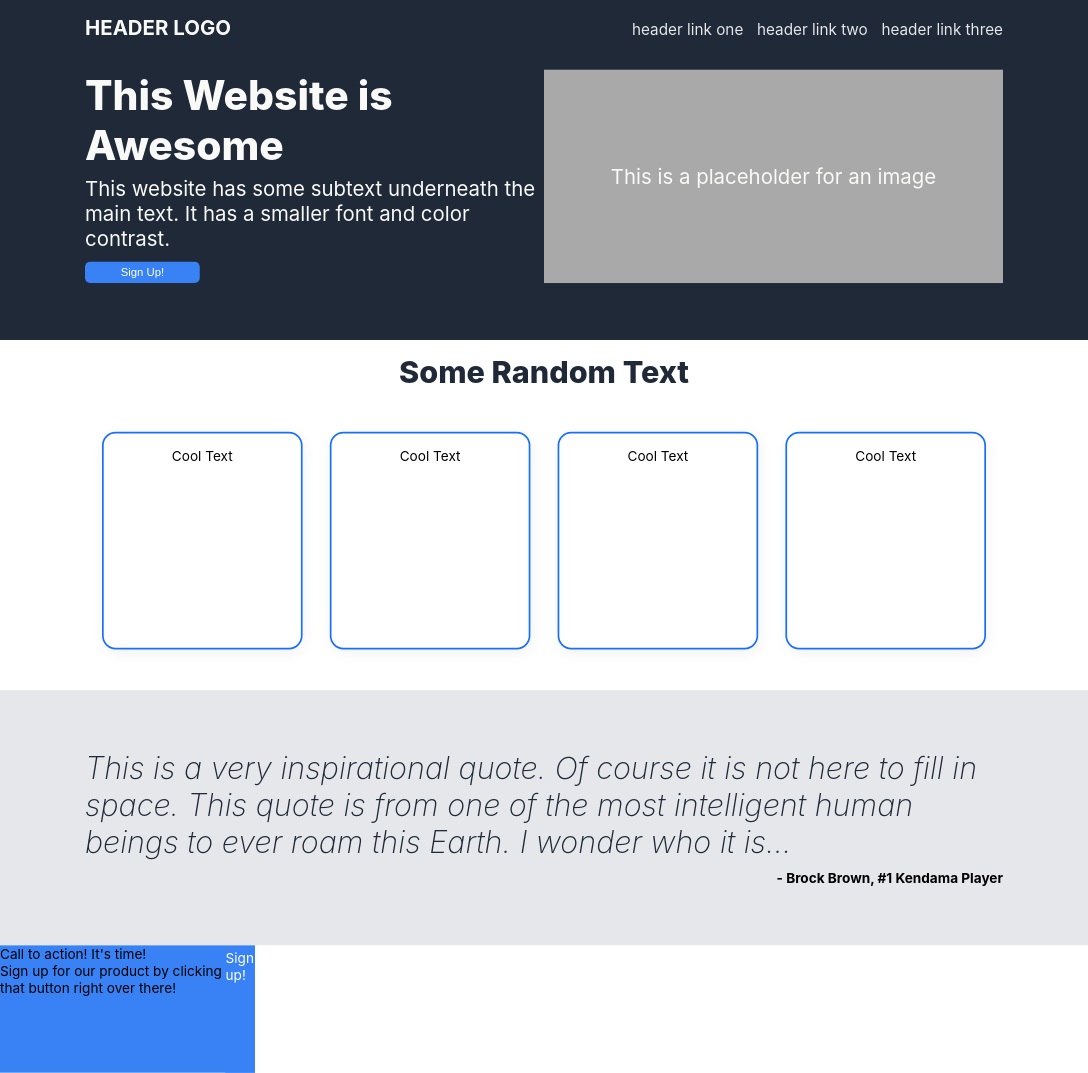
Repository: bbrockbrown/landing-page
Page: index.html
These files come from the project's save history. The page is drawn as it stood at one moment and after the next save; the edit follows.
The browser window is 1280 px wide. The pictures show the whole page, at 85% of full size.

Above is the page before, as saved 2024-07-24 16:09:23.

After the next save:
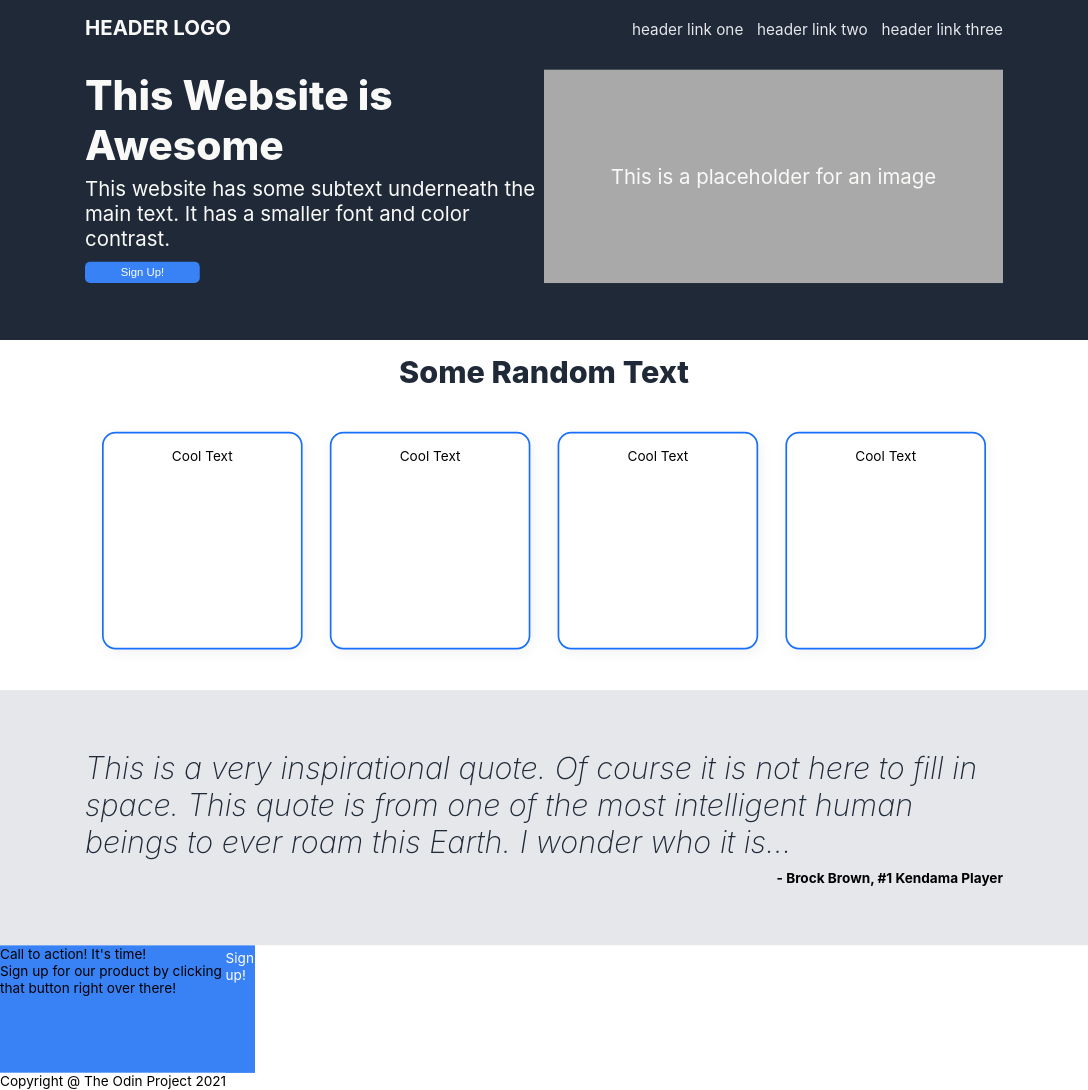
Saved 11 s later.
--- a/index.html
+++ b/index.html
@@ -70,7 +70,7 @@
 
 
     <div class="footer">
-
+        Copyright @ The Odin Project 2021
     </div>
 
 </body>
